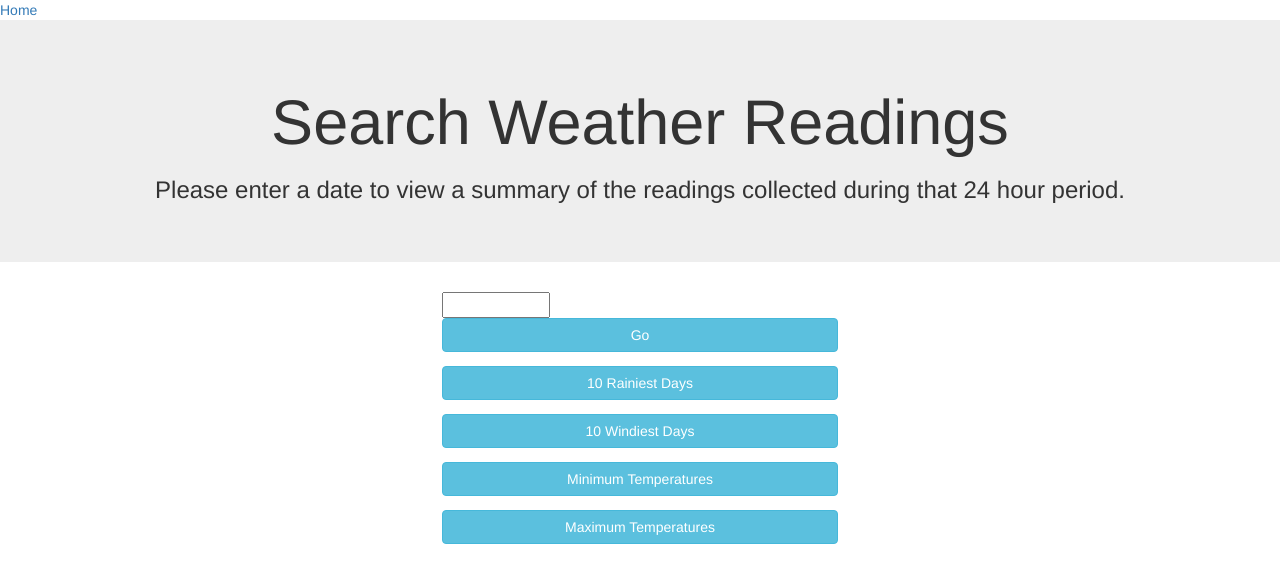
Repository: kralin27/ILC
Page: http://localhost/TESCWeather/WEB-INF/jsp/Search.jsp
These files come from the project's save history. The page is drawn as it stood at one moment and after the next save; the edit follows.
The browser window is 1280 px wide. The pictures show the whole page.
The page is served by Tomcat 9. Nobody is signed in. The template is opened directly, without the code that normally fills it, so the values that code supplies are empty.

Above is the page before, as saved 2016-12-13 02:55:32.

After the next save:
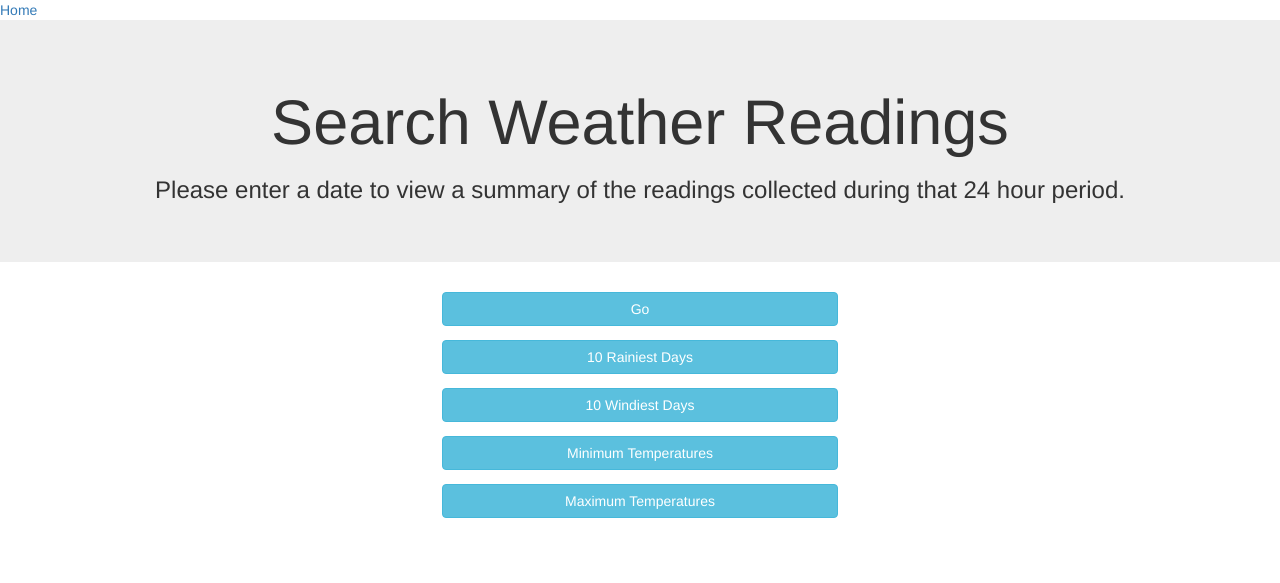
Saved 21 s later.
--- a/TESCWeather/src/main/webapp/WEB-INF/jsp/Search.jsp
+++ b/TESCWeather/src/main/webapp/WEB-INF/jsp/Search.jsp
@@ -21,8 +21,8 @@
 </div>
 
 
-<div class="col-md-4 col-md-offset-4" text-align="center">
-	<form method="GET" action=" <spring:url value="/WeatherReadings/Date" />">
+<div class="col-md-4 col-md-offset-4"">
+	<form method="GET" action=" <spring:url value="/WeatherReadings/Date" />" text-align="center>
 		<input type="text" name="date" size="10" >
 		<p>
 		<button type="submit" class="btn btn-large btn-block btn-info"> Go</button>

After the save that followed:
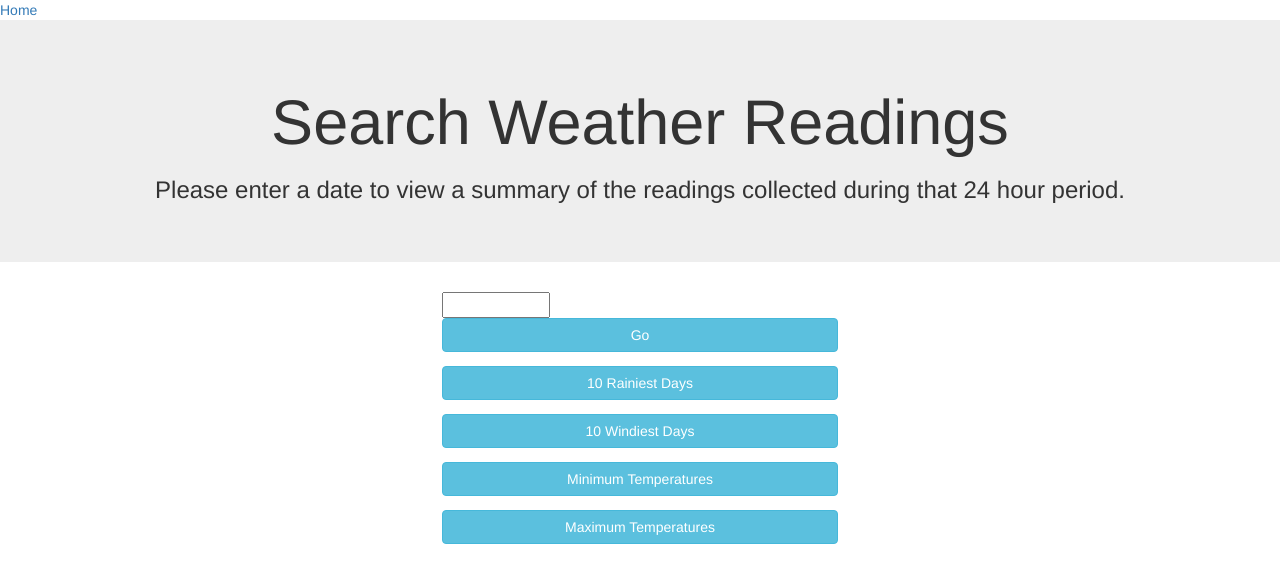
Saved 59 s later.
--- a/TESCWeather/src/main/webapp/WEB-INF/jsp/Search.jsp
+++ b/TESCWeather/src/main/webapp/WEB-INF/jsp/Search.jsp
@@ -21,8 +21,8 @@
 </div>
 
 
-<div class="col-md-4 col-md-offset-4"">
-	<form method="GET" action=" <spring:url value="/WeatherReadings/Date" />" text-align="center>
+<div class="col-md-4 col-md-offset-4">
+	<form method="GET" action=" <spring:url value="/WeatherReadings/Date" />">
 		<input type="text" name="date" size="10" >
 		<p>
 		<button type="submit" class="btn btn-large btn-block btn-info"> Go</button>
